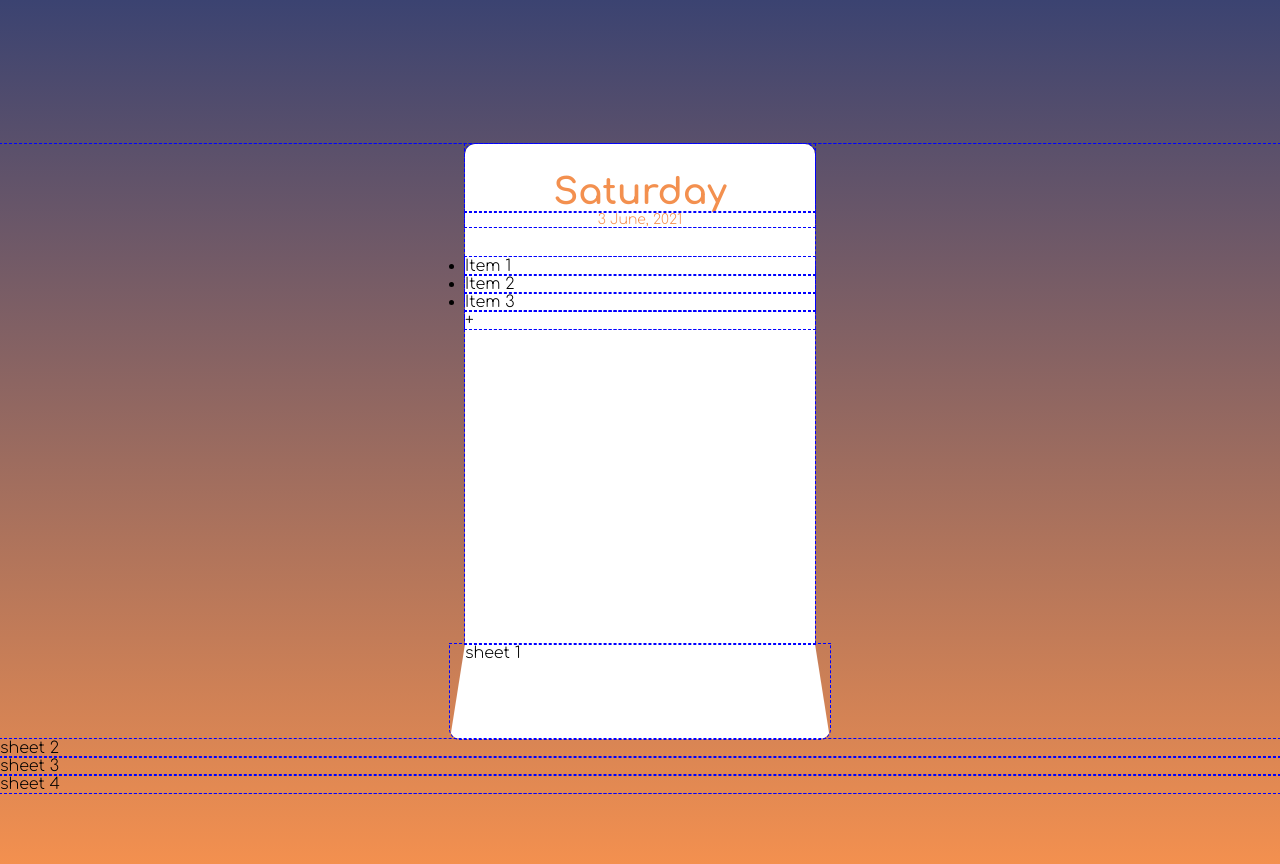
Repository: Colo-Codes/mini-projects
Page: todo-app/index.html
These files come from the project's save history. The page is drawn as it stood at one moment and after the next save; the edit follows.
The browser window is 1280 px wide. The pictures show the whole page.

Above is the page before, as saved 2021-07-04 11:33:18.

After the next save:
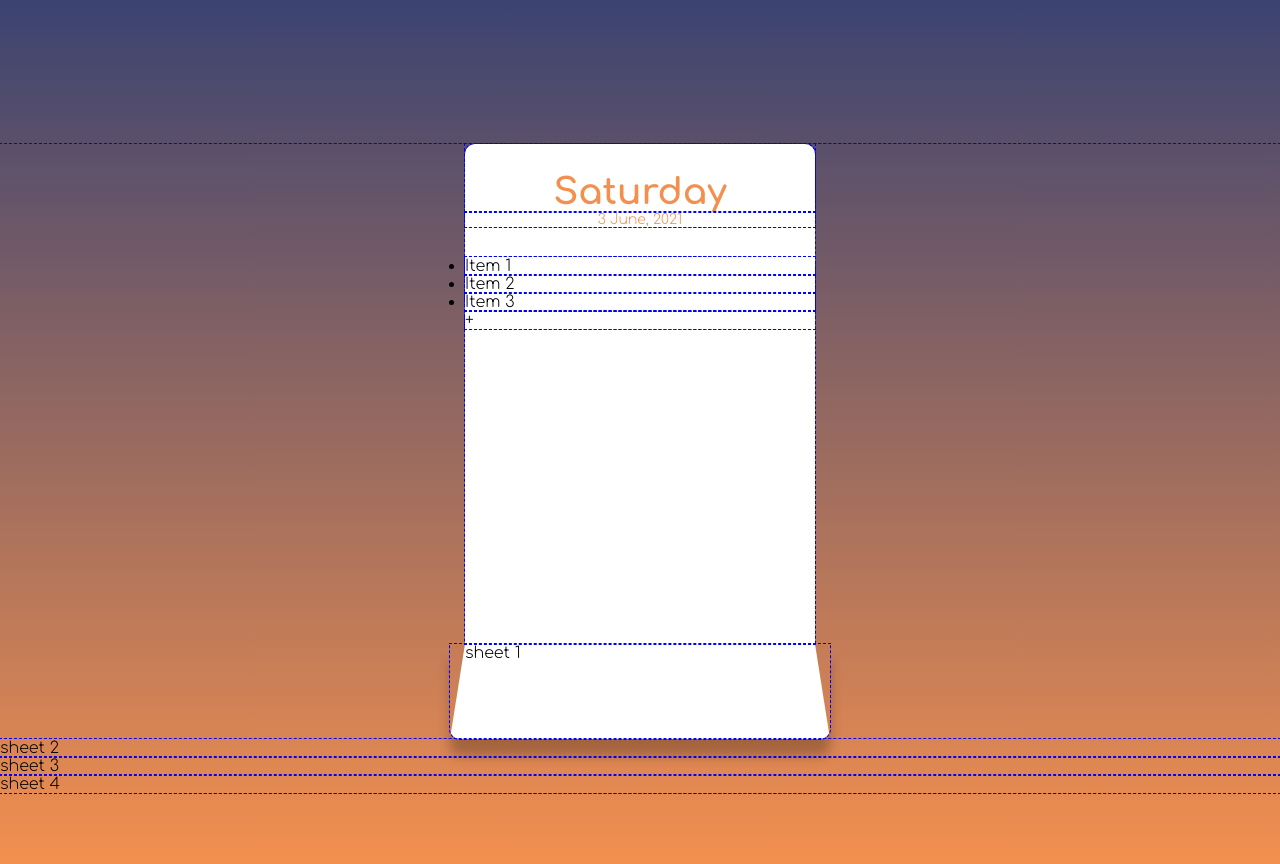
Saved 33 s later.
--- a/todo-app/css/index.css
+++ b/todo-app/css/index.css
@@ -54,6 +54,7 @@ body {
     border-right: 15px solid transparent;
     /* height: 0; */
     /* width: 100px; */
+    box-shadow: 0px 17px 12px rgba(0, 0, 0, 0.25);
 }
 
 #todo--header header {
